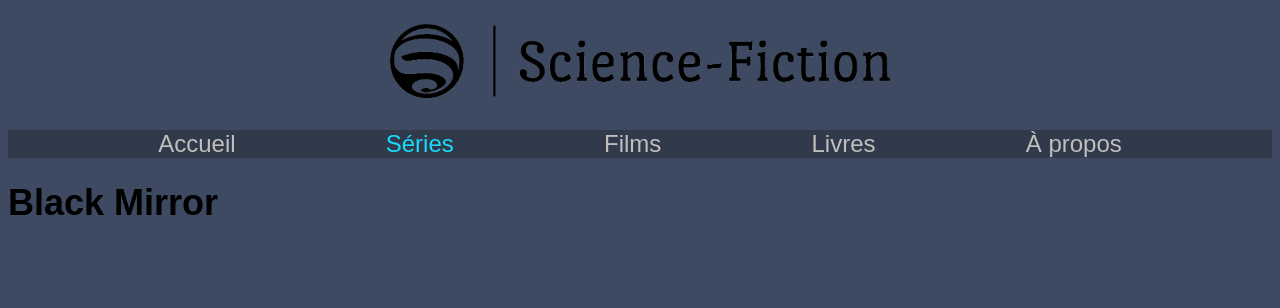
Repository: Emalios/Projet-Web
Page: html/series/black-mirror.html
The author's editor kept a copy of each file at every save. The page is drawn from the files as they stood at one save, then again after the next save.
The browser window is 1280 px wide. The pictures show the whole page.

Above is the page before, as saved 2020-11-11 18:42:01.

After the next save:
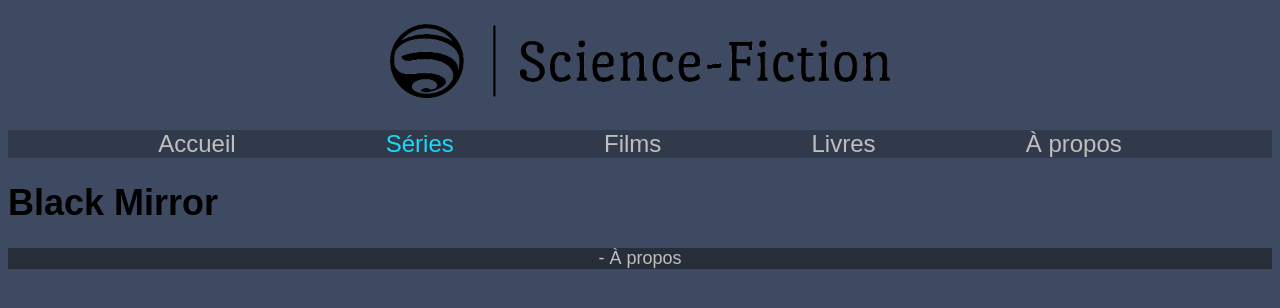
Saved 19 s later.
--- a/html/series/black-mirror.html
+++ b/html/series/black-mirror.html
@@ -23,6 +23,8 @@
     </nav>
   </header>
   <h1>Black Mirror</h1>
+  <main></main>
+  <footer><a href="html/a-propos.html" class="footer-link">- À propos</a></footer>
 </body>
 
 
